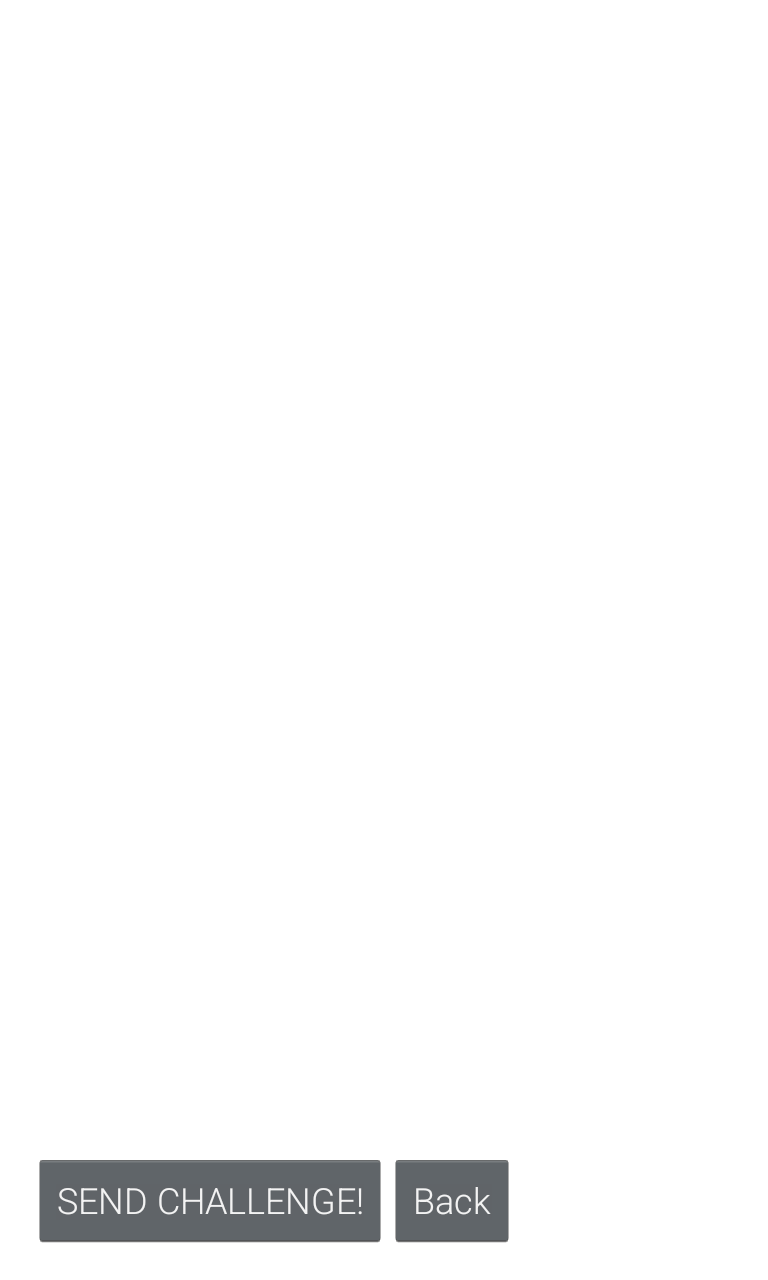
Repository: MikeFynes/ChallengeAccepted
Layout: ChallengeAcceptedFrontEnd/ChallengeDemo/res/layout/activity_challenger.xml
The author's editor kept a copy of each file at every save. The layout is drawn from the files as they stood at one save, then again after the next save.
It is drawn on a 768 x 1280 px phone screen (xhdpi) without system bars, with theme AppTheme; the app's code is not run.

Above is the layout before, as saved 2014-12-09 13:02:16.

After the next save:
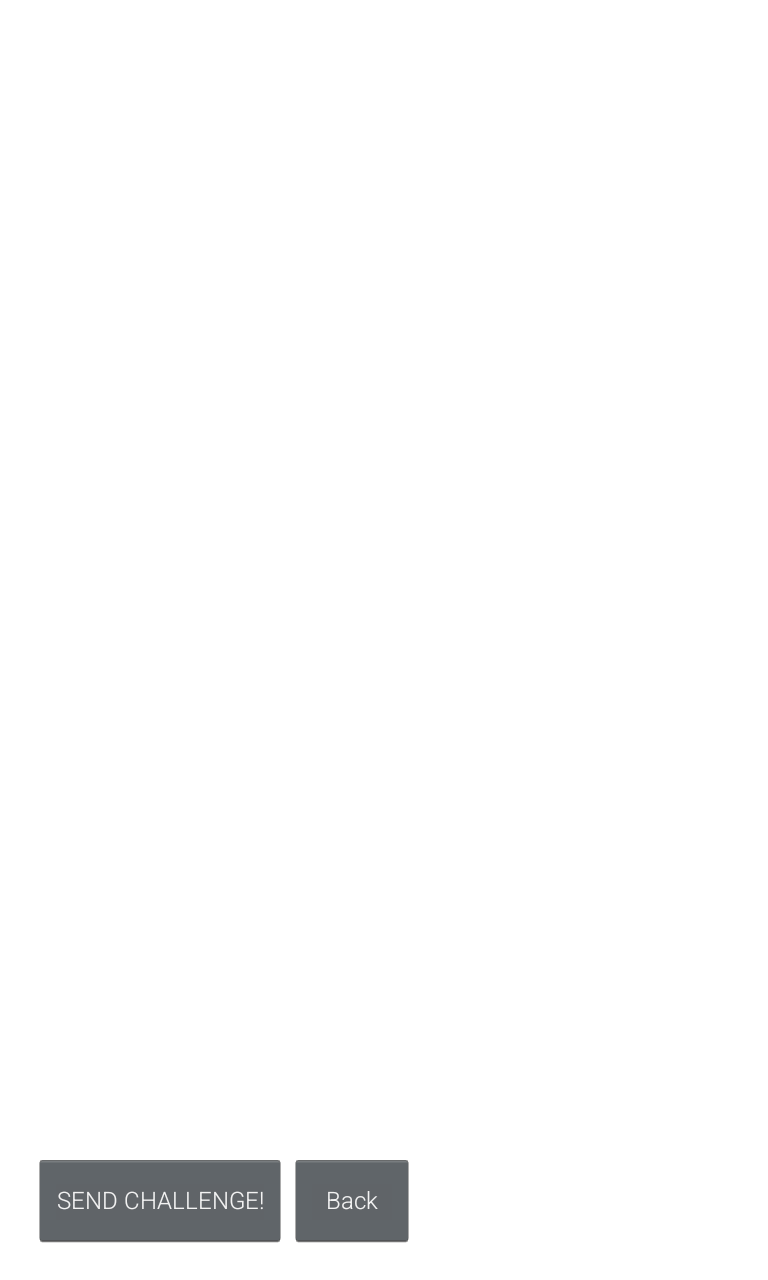
Saved 12 s later.
--- a/ChallengeAcceptedFrontEnd/ChallengeDemo/res/values/styles.xml
+++ b/ChallengeAcceptedFrontEnd/ChallengeDemo/res/values/styles.xml
@@ -80,14 +80,16 @@
 
     <style name="RobotoTextViewStyle" parent="android:Widget.TextView">
     <item name="android:fontFamily">sans-serif-light</item>
+     <item name="android:textSize">12sp</item>
 </style>
 
 <style name="RobotoButtonStyle" parent="android:Widget.Holo.Button">
     <item name="android:fontFamily">sans-serif-light</item>
+     <item name="android:textSize">12sp</item>
 </style>
 
-<style name="fontSize" parent="android:Widget.TextView">
-    <item name="android:textSize">12sp</item>
+
+
 </style>
 
 
